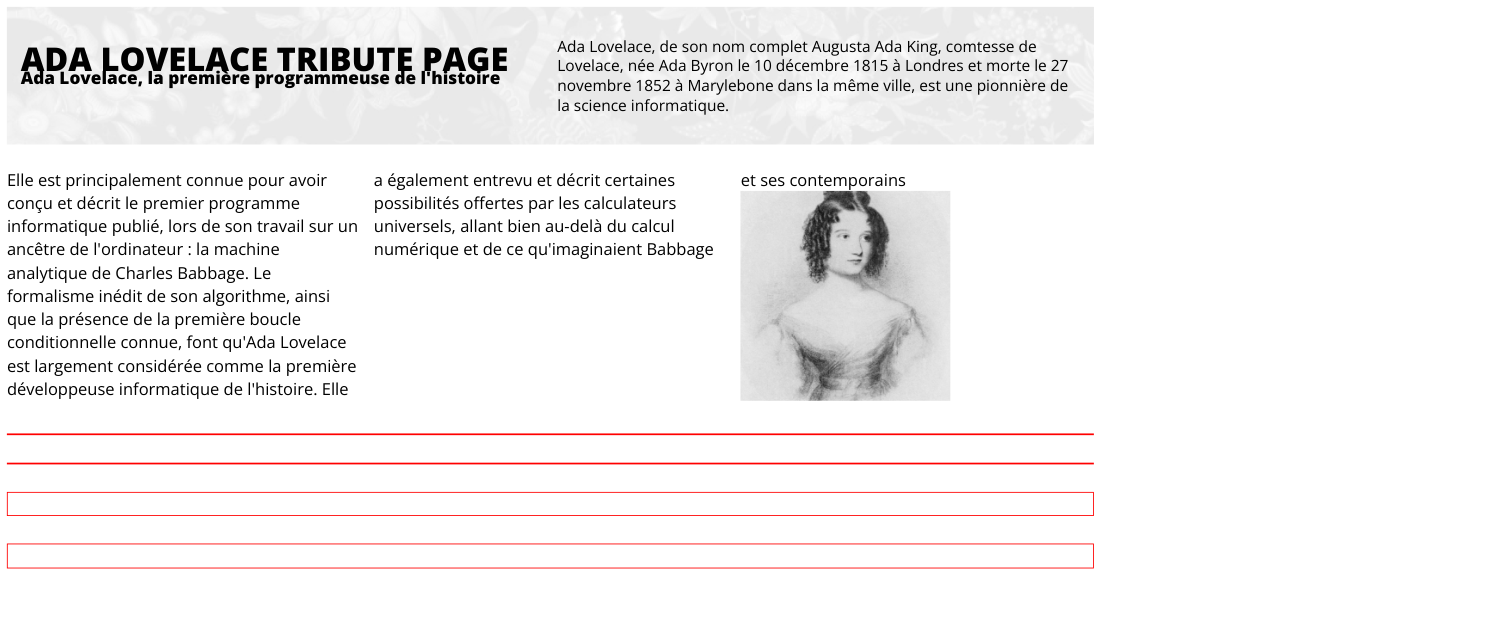
Repository: b3no1t/integration-training
Page: onepage-adalovelace/src/index.html
These files come from the project's save history. The page is drawn as it stood at one moment and after the next save; the edit follows.
The browser window is 1280 px wide. The page is 1280 px wide, then 1741 px, so the pictures cover 1741 px, including what lies to the right of the window. The pictures show the whole page, at 86% of full size.

Above is the page before, as saved 2025-01-27 15:40:44.

After the next save:
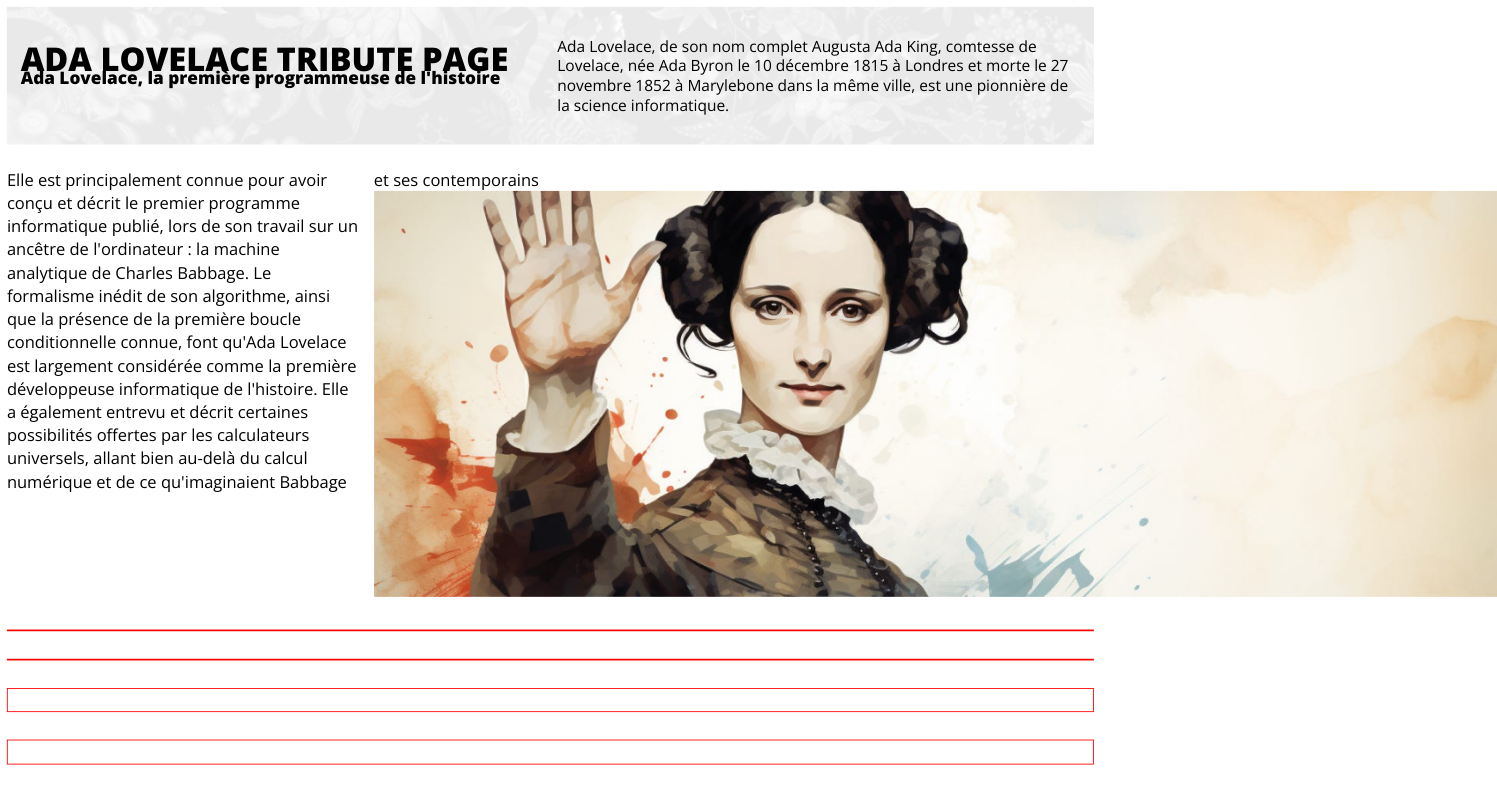
Saved 40 s later.
--- a/onepage-adalovelace/src/index.html
+++ b/onepage-adalovelace/src/index.html
@@ -41,7 +41,7 @@
   <div class="container">
    <p>Elle est principalement connue pour avoir conçu et décrit le premier programme informatique publié, lors de son travail sur un ancêtre de l'ordinateur : la machine analytique de Charles Babbage. Le formalisme inédit de son algorithme, ainsi que la présence de la première boucle conditionnelle connue,
    font qu'Ada Lovelace est largement considérée comme la première développeuse informatique de l'histoire. Elle a également entrevu et décrit certaines possibilités offertes par les calculateurs universels, allant bien au-delà du calcul numérique et de ce qu'imaginaient Babbage et ses contemporains
-   <img src="./assets/img/ada-croquis.png">
+   <img src="./assets/img/ada-illu2.png">
   </p>
   </div>
  </section>
